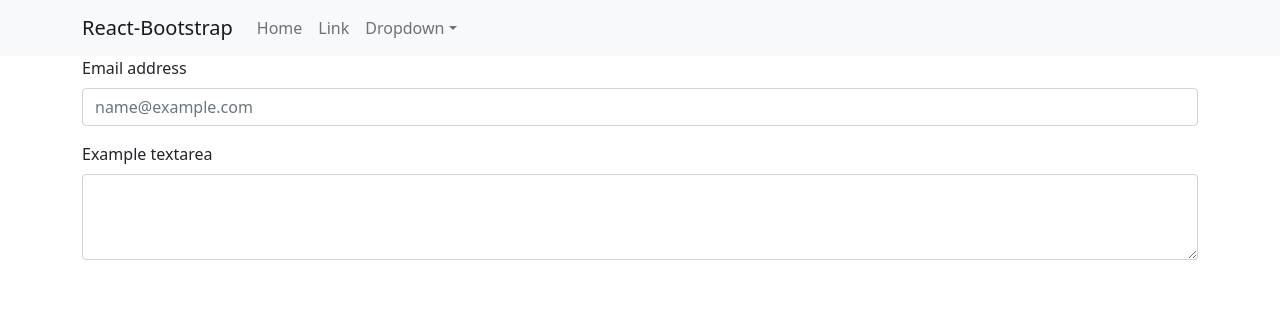
Repository: nnbxxx/-Redux-Ultimate---Redux
Page: /
An editor plug-in stored every save of this project. The page is shown before and after the next save, followed by the edit.
The browser window is 1280 px wide. The pictures show the whole page.
The page's requests for data from a server got no answer. The project was rebuilt for these pictures with package versions that can differ from the ones it lists, and the page was loaded fresh each time. No one was signed in, and anything a server would have sent is missing.

Above is the page before, as saved 2023-04-22 08:13:30.

### src/index.js
import React from "react";
import ReactDOM from "react-dom";
import "./index.css";
import App from "./App";
import reportWebVitals from "./reportWebVitals";
import { Provider } from "react-redux";
import store from "./redux/store";
import "bootstrap/dist/css/bootstrap.min.css";
ReactDOM.render(
  <Provider store={store}>
    <React.StrictMode>
      <App />
    </React.StrictMode>
  </Provider>,
  document.getElementById("root")
);

// If you want to start measuring performance in your app, pass a function
// to log results (for example: reportWebVitals(console.log))
// or send to an analytics endpoint. Learn more: https://bit.ly/CRA-vitals
reportWebVitals();

### src/App.js
import logo from "./logo.svg";
// import "./App.css";
import { increaseCounter, decreaseCounter } from "./action/actions.js";
import { connect, useDispatch, useSelector } from "react-redux";
import axios from "axios";
import { useEffect } from "react";
import Home from "./components/Home";
function App(props) {
  const dispatch = useDispatch();
  const count = useSelector((state) => {
    return state.counter.count;
  });
  const fetchAllUser = async () => {
    const re = await axios.get("http://localhost:8080/users/all");
    const data = re && re.data ? re.data : [];
  };
  useEffect(() => {
    fetchAllUser();
  }, []);
  return (
    <div className='App'>
      {/* <header className='App-header'>
        <img src={logo} className='App-logo' alt='logo' />
        <h1>Hello world with React and Hoi Dan IT!</h1>
        <div>Count: {count}</div>

        <button onClick={() => dispatch(increaseCounter())}>
          Increase Count
        </button>

        <button onClick={() => dispatch(decreaseCounter())}>
          Decrease Count
        </button>
      </header> */}
      <Home />
    </div>
  );
}
// const mapStateToProps = (state) => {
//   return {
//     count: state.counter.count,
//   };
// };

// const mapDispatchToProps = (dispatch) => {
//   return {
//     increaseCounter: () => dispatch(increaseCounter()),

//     decreaseCounter: () => dispatch(decreaseCounter()),
//   };
// };

// export default connect(mapStateToProps, mapDispatchToProps)(App);
export default App;

### src/redux/store.js
import { createStore } from "redux";

import rootReducer from "../reducer/rootReducer.js";
import { composeWithDevTools } from "redux-devtools-extension";
const store = createStore(rootReducer, composeWithDevTools());

export default store;

### src/action/actions.js
import { INCREMENT, DECREMENT } from "./types.js";

export const increaseCounter = () => {
  return {
    type: INCREMENT,
  };
};

export const decreaseCounter = () => {
  return {
    type: DECREMENT,
  };
};

### src/components/Home.js
import FormAddNew from "./FormAddNew";
import Header from "./Header";
import TableUser from "./TableUser";

const Home = (props) => {
  return (
    <>
      <Header />
      <FormAddNew />
      <TableUser />
    </>
  );
};
export default Home;

### src/reducer/rootReducer.js
import { combineReducers } from "redux";

import counterReducer from "./counterReducer.js";

const rootReducer = combineReducers({
  counter: counterReducer,
});

export default rootReducer;

### src/action/types.js
export const INCREMENT = "INCREMENT";

export const DECREMENT = "DECREMENT";

### src/components/FormAddNew.js
import Container from "react-bootstrap/Container";
import Button from "react-bootstrap/Button";
import Form from "react-bootstrap/Form";

const FormAddNew = (props) => {
  return (
    <>
      <Container>
        <Form>
          <Form.Group className='mb-3' controlId='exampleForm.ControlInput1'>
            <Form.Label>Email address</Form.Label>
            <Form.Control type='email' placeholder='name@example.com' />
          </Form.Group>
          <Form.Group className='mb-3' controlId='exampleForm.ControlTextarea1'>
            <Form.Label>Example textarea</Form.Label>
            <Form.Control as='textarea' rows={3} />
          </Form.Group>
        </Form>
      </Container>
    </>
  );
};
export default FormAddNew;

### src/components/Header.js
import Container from "react-bootstrap/Container";
import Nav from "react-bootstrap/Nav";
import Navbar from "react-bootstrap/Navbar";
import NavDropdown from "react-bootstrap/NavDropdown";
const Header = () => {
  return (
    <>
      <Navbar bg='light' expand='lg'>
        <Container>
          <Navbar.Brand href='#home'>React-Bootstrap</Navbar.Brand>
          <Navbar.Toggle aria-controls='basic-navbar-nav' />
          <Navbar.Collapse id='basic-navbar-nav'>
            <Nav className='me-auto'>
              <Nav.Link href='#home'>Home</Nav.Link>
              <Nav.Link href='#link'>Link</Nav.Link>
              <NavDropdown title='Dropdown' id='basic-nav-dropdown'>
                <NavDropdown.Item href='#action/3.1'>Action</NavDropdown.Item>
                <NavDropdown.Item href='#action/3.2'>
                  Another action
                </NavDropdown.Item>
                <NavDropdown.Item href='#action/3.3'>
                  Something
                </NavDropdown.Item>
                <NavDropdown.Divider />
                <NavDropdown.Item href='#action/3.4'>
                  Separated link
                </NavDropdown.Item>
              </NavDropdown>
            </Nav>
          </Navbar.Collapse>
        </Container>
      </Navbar>
    </>
  );
};
export default Header;

### src/components/TableUser.js
const TableUser = (props) => {
  return <></>;
};
export default TableUser;

### src/reducer/counterReducer.js
import { INCREMENT, DECREMENT } from "../action/types.js";

const INITIAL_STATE = {
  count: 0,
};

const reducer = (state = INITIAL_STATE, action) => {
  switch (action.type) {
    case INCREMENT:
      return {
        ...state,
        count: state.count + 1,
      };

    case DECREMENT:
      return {
        ...state,
        count: state.count - 1,
      };

    default:
      return state;
  }
};

export default reducer;

Loaded but not shown: public/index.html (common file); src/index.css (common file); src/reportWebVitals.js (common file)

After the next save:
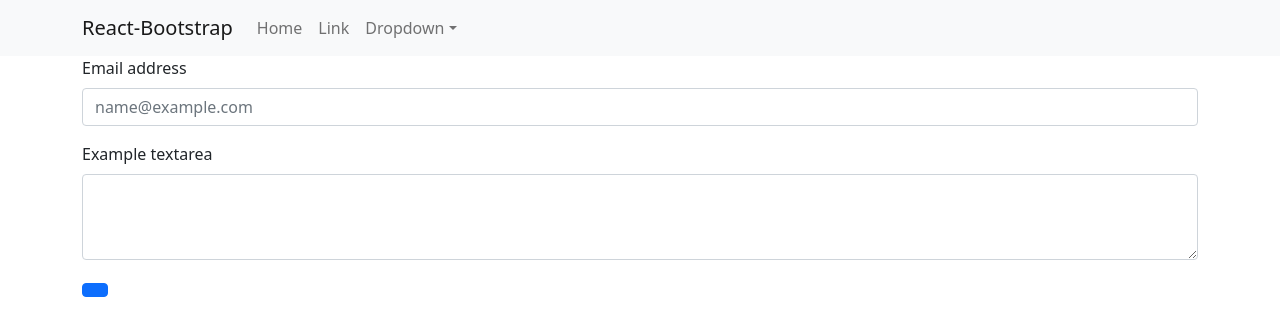
Saved 53 s later.
--- a/src/components/FormAddNew.js
+++ b/src/components/FormAddNew.js
@@ -16,6 +16,7 @@ const FormAddNew = (props) => {
             <Form.Control as='textarea' rows={3} />
           </Form.Group>
         </Form>
+        <Button></Button>
       </Container>
     </>
   );
